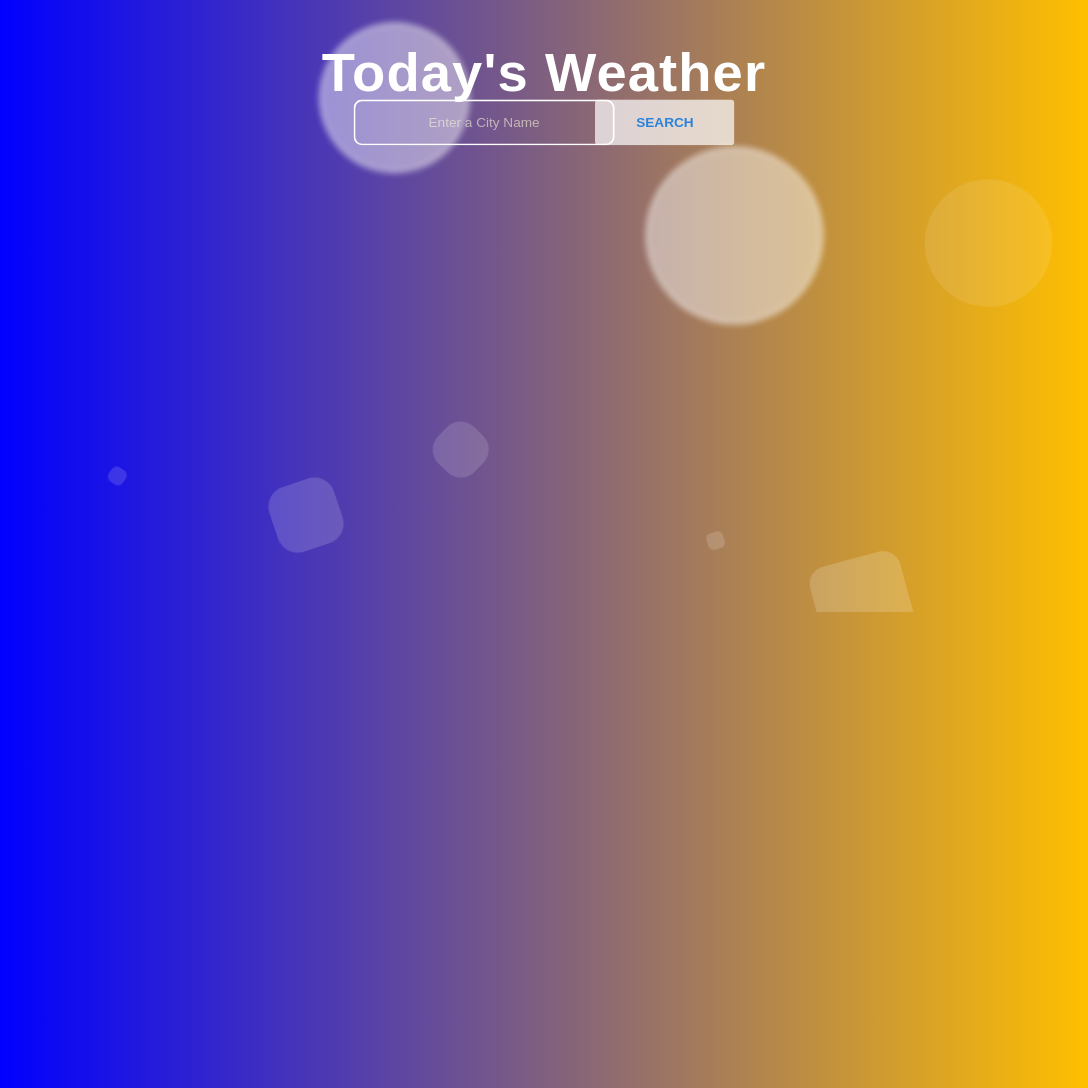
Repository: KayceeNguyen/bubleweather-app
Page: /
The author's editor kept a copy of each file at every save. The page is drawn from the files as they stood at one save, then again after the next save.
The browser window is 1280 px wide. The pictures show the whole page, at 85% of full size.
The project was rebuilt for these pictures with package versions that can differ from the ones it lists, and the page was loaded fresh each time. The framework's server and built-in components were replaced by stand-ins that run in the browser. Also part of the build but not shown: next.config.js.

Above is the page before, as saved 2023-01-19 22:00:21.

After the next save:
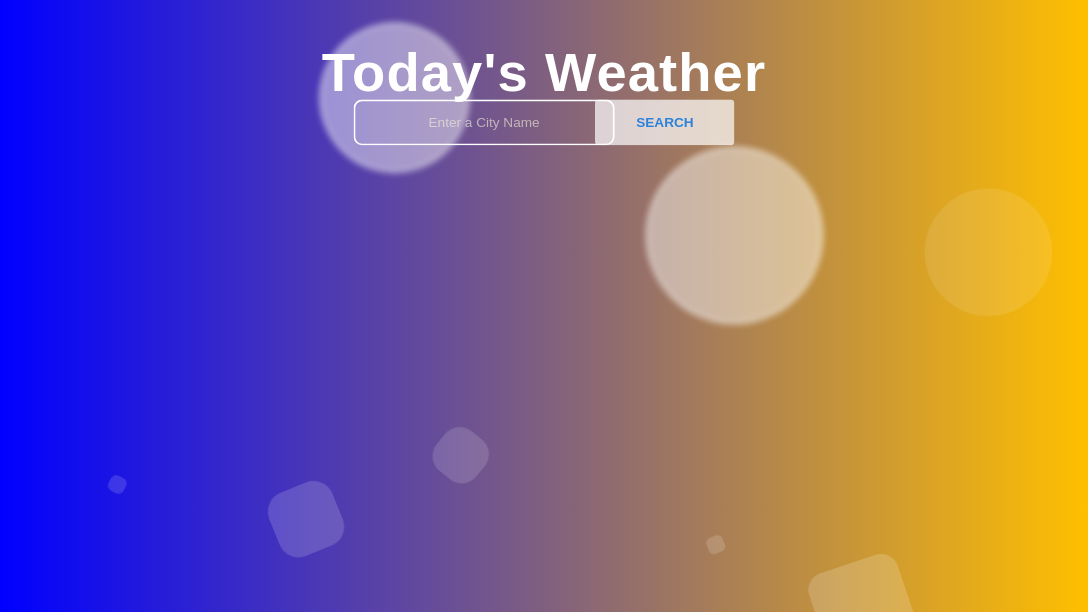
Saved 14 s later.
--- a/styles/Home.module.css
+++ b/styles/Home.module.css
@@ -282,7 +282,7 @@
 /*GRADIENT BACKGROUND*/
 
 .main {
-  height: 100vw;
+  /* height: 100vw; */
   background: linear-gradient(to right, #ffbf00, #00f); /* Set the initial gradient */
   background-size: 200% 100%; /* Increase the size of the gradient */
   animation: gradient 15s ease infinite; /* Animate the gradient */

After the save that followed:
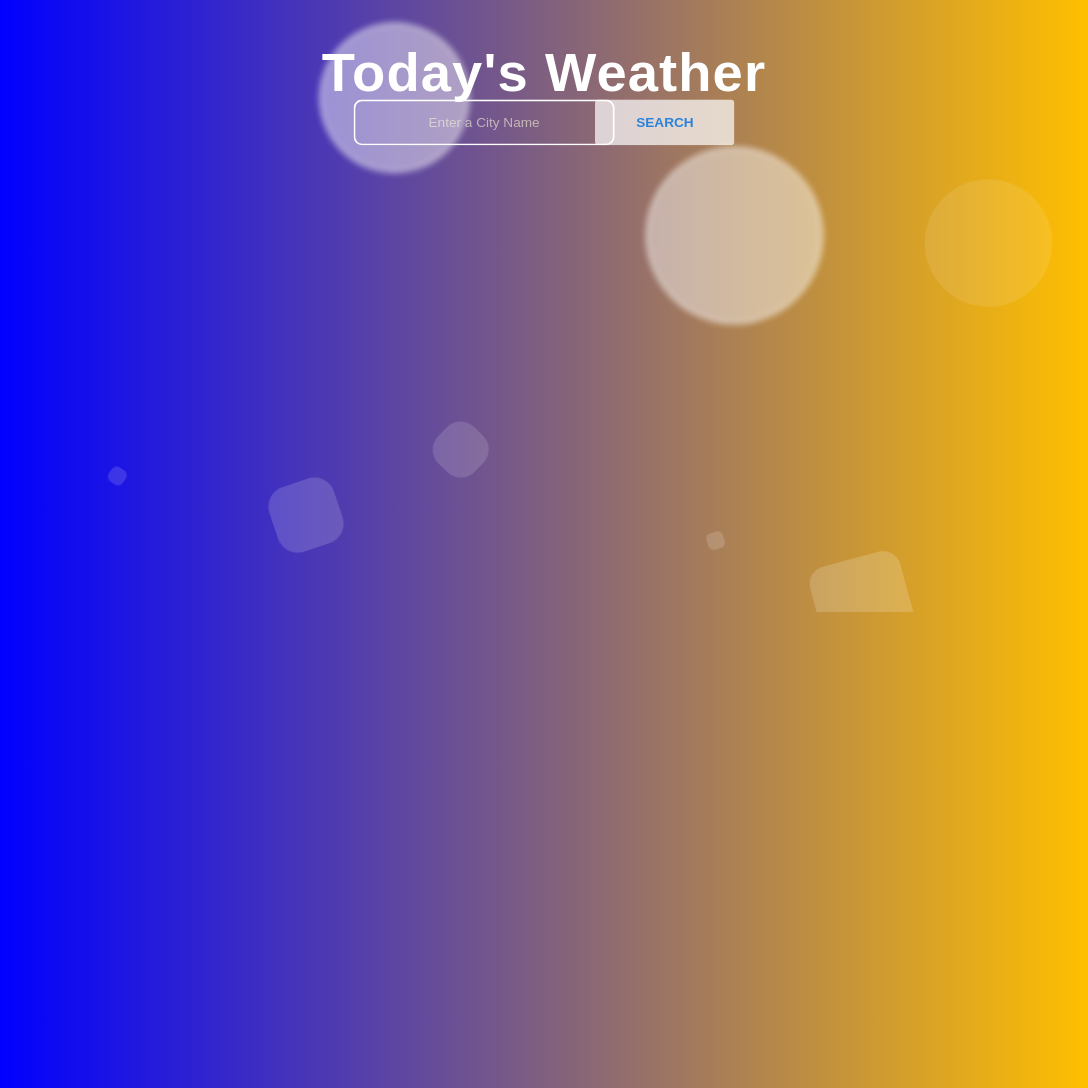
Saved 7 s later.
--- a/styles/Home.module.css
+++ b/styles/Home.module.css
@@ -282,7 +282,7 @@
 /*GRADIENT BACKGROUND*/
 
 .main {
-  /* height: 100vw; */
+  height: 100vw;
   background: linear-gradient(to right, #ffbf00, #00f); /* Set the initial gradient */
   background-size: 200% 100%; /* Increase the size of the gradient */
   animation: gradient 15s ease infinite; /* Animate the gradient */
